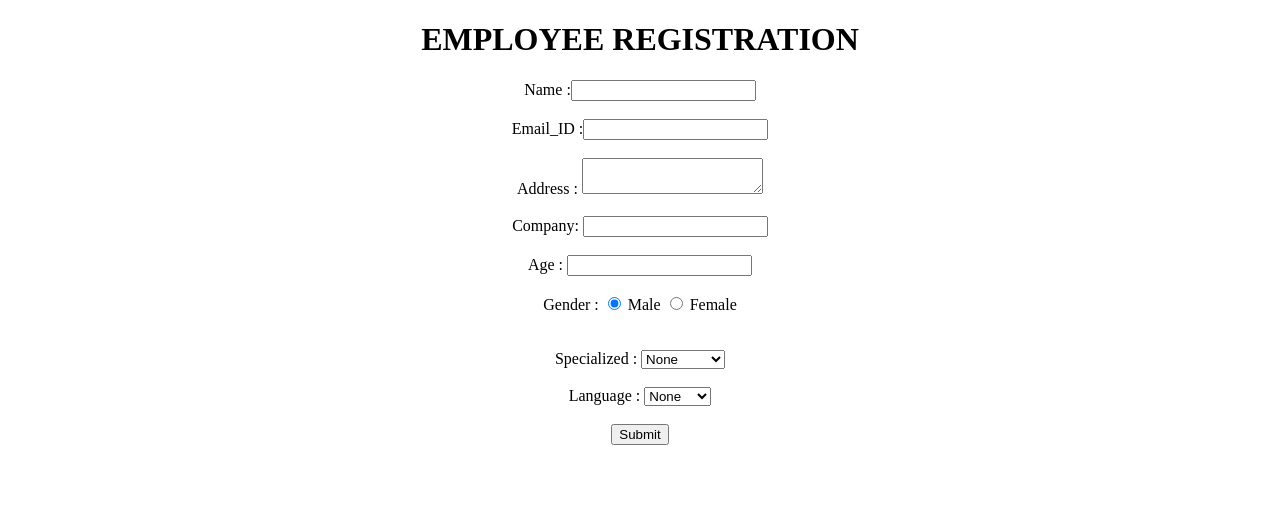
Repository: sunil965/JDBC-Servlet-JSP
Page: http://localhost/JspRegistrationTask/employee.jsp
An editor plug-in stored every save of this project. The page is shown before and after the next save, followed by the edit.
The browser window is 1280 px wide. The pictures show the whole page.
The page is served by Tomcat 9. Other server files are loaded and not shown.

Above is the page before, as saved 2017-05-03 10:28:57.

### JspRegistrationTask/WebContent/employee.jsp
<%@ page language="java" contentType="text/html; charset=UTF-8"
    pageEncoding="UTF-8"%>
<!DOCTYPE html PUBLIC "-//W3C//DTD HTML 4.01 Transitional//EN" "http://www.w3.org/TR/html4/loose.dtd">
<html>
<head>
<meta http-equiv="Content-Type" content="text/html; charset=UTF-8">
<title>Insert title here</title>
</head>
<body>
<div align="center">
 <h1>EMPLOYEE REGISTRATION</h1>
	<form action="employeeRegister" method="post">
		<!-- UID : <input type="text" name="uid"><br><br> -->
		Name :<input type="text" name="uname"><br><br>
		Email_ID :<input type="email" name="mail"><br><br>
		Address : <textarea rows="2" cols="20" name="address"></textarea><br><br>
		Company: <input type="text" name="company"><br><br>
		Age : <input type="text" name="age"><br><br>
		Gender : <input type="radio" name="gender" value="male" checked> Male
  				 <input type="radio" name="gender" value="female"> Female<br><br><br>
		Specialized : <select name="specialized">
						  <option value="">None</option>
						  <option value="C">C</option>
						  <option value="C++">C++</option>
						  <option value="C#">C#</option>
						  <option value="JAVA">JAVA</option>
						  <option value=".NET">.NET</option>
						  <option value="SQL">SQL</option>
						  <option value="ANDROID">ANDROID</option>
						  <option value="IOS">IOS</option>
						  <option value="PYTHON">PYTHON</option>
						  <option value="RUBY">RUBY</option>
						</select><br><br>
		Language : <select name="language">
						  <option value="">None</option>
						  <option value="Hindi">Hindi</option>
						  <option value="English">English</option>
						  <option value="Punjabi">Punjabi</option>
						  <option value="Marathi">Marathi</option>
						  <option value="Tamil">Tamil</option>
						  <option value="Telgu">Telgu</option>
						  <option value="Bangali">Bangali</option>
						  <option value="Odia">Odia</option>
						</select><br><br>
						<input type="submit">
	</form>
  </div>
</body>
</html>

After the next save:
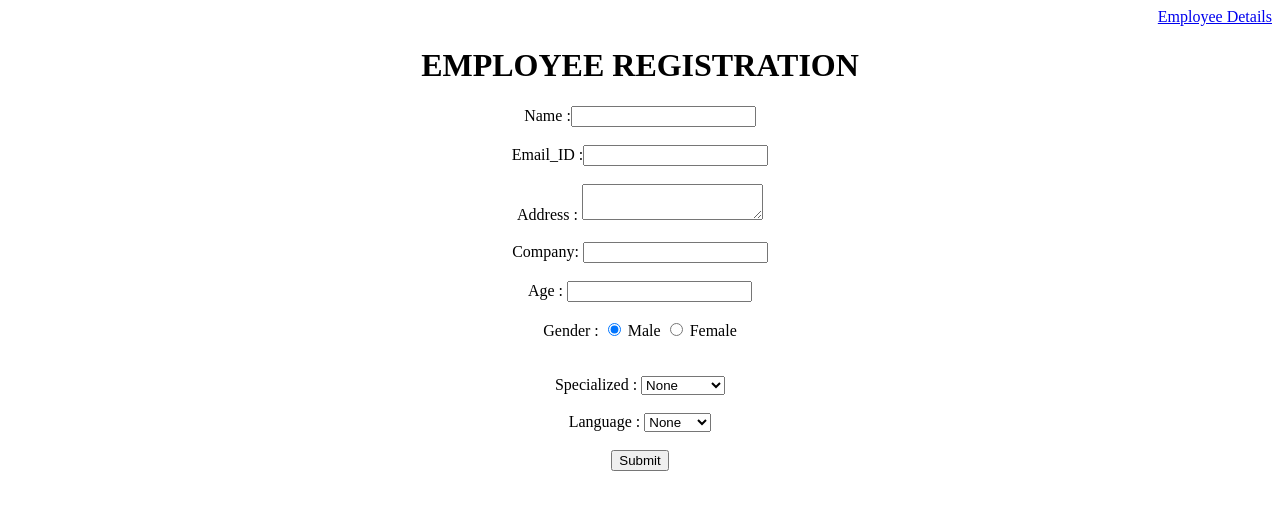
Saved 119 s later.
--- a/JspRegistrationTask/WebContent/employee.jsp
+++ b/JspRegistrationTask/WebContent/employee.jsp
@@ -7,6 +7,7 @@
 <title>Insert title here</title>
 </head>
 <body>
+<div align="right"><a href="employeeDetails">Employee Details</a></div>
 <div align="center">
  <h1>EMPLOYEE REGISTRATION</h1>
 	<form action="employeeRegister" method="post">
